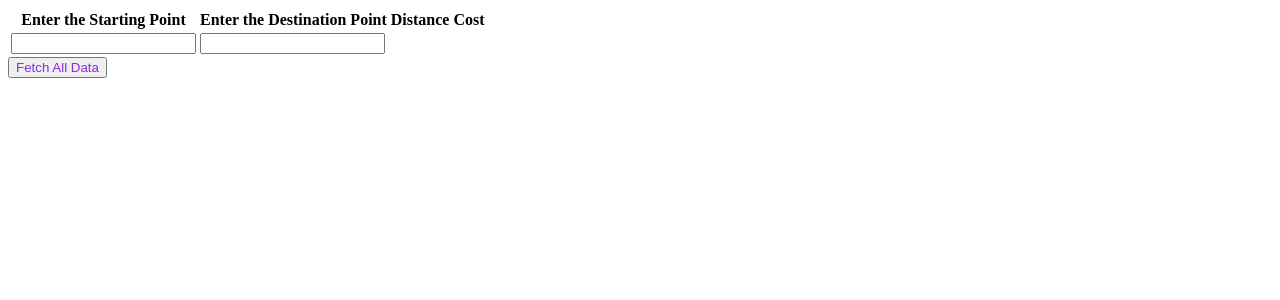
Repository: Gundeep-repos/407ETR_Assignment
Page: http://localhost/407ETR_Gundeep_Singh_assignment/
The author's editor kept a copy of each file at every save. The page is drawn from the files as they stood at one save, then again after the next save.
The browser window is 1280 px wide. The pictures show the whole page.
The page is served by Tomcat 9. Other server files are loaded and not shown.

Above is the page before, as saved 2021-07-03 23:56:56.

### 407ETR_Gundeep_Singh_assignment/WebContent/index.jsp
<%@ page language="java" contentType="text/html; charset=ISO-8859-1" pageEncoding="ISO-8859-1"%>
<!DOCTYPE html PUBLIC "-//W3C//DTD HTML 4.01 Transitional//EN" "http://www.w3.org/TR/html4/loose.dtd">
<html>
<head>
<meta http-equiv="Content-Type" content="text/html; charset=ISO-8859-1">
<title>Insert title here</title>
<script>


function go2(){

	var ans = "";

	var xhr = new XMLHttpRequest;


    // CORS Policy, should allow OPTIONS
    // AJAX uses OPTIONS instead of GET, POST which are enabled by default

    xhr.open("GET", "./ServiceClass", true);

    // xhr.setRequestHeader('Access-Control-Allow-Origin','*');
    // xhr.setRequestHeader('Access-Control-Allow-Methods', 'OPTIONS');
    // xhr.setRequestHeader('Access-Control-Allow-Credentials', 'true');

    //for response receiving
    xhr.onreadystatechange = function ()
    {

    	if(xhr.readyState == 4 && xhr.status == 200){
    		alert("Hello");
    		var res = xhr.responseText.trim();
                if (res == "success")
                {
                	alert(res);
                }else{
                	console.log("Fail");
                	alert("Fail");
                }
                console.log(res);
    	}
        //if (xhr.readyState === 4 && xhr.status == 200)
        //{
          //  var res = xhr.responseText.trim();
        //    if (res == "success")
           // {
         //       alert("category added successfuly.");
            //    document.getElementById("lb1").innerHTML = "Category Successfuly Added";
         //       document.getElementById("lb1").style.color = "green";
        //        document.getElementById("form1").reset();
          //      document.getElementById("im1").src = "";
      //      } else
    //        {
   //             document.getElementById("lb1").innerHTML = "Unsuccessful"
  //              document.getElementById("lb1").style.color = "red";
//
  //          }
//        } -->
    };





    	xhr.send("Sent dete");

}



</script>
</head>
<body>

<div style="center">
<table>
<tr>
<th>Enter the Starting Point</th>
<th>Enter the Destination Point</th>
<th>Distance</th>
<th>Cost</th>
</tr>
<tr>
<td><input type="text" id="startingPoint"/></td>
<td><input type="text" id="destinationPoint"/></td>
<td id = "distance"><td>
<td id = "cost"><td>
</tr>
</table>
</div>
<button style="color: blueviolet" onclick="go2()">Fetch All Data</button>
</body>
</html>

Loaded but not shown: 407ETR_Gundeep_Singh_assignment/WebContent/css/bootstrap.css (library); 407ETR_Gundeep_Singh_assignment/WebContent/jquery-1.12.2.min.js (library); 407ETR_Gundeep_Singh_assignment/WebContent/js/bootstrap.js (library)

After the next save:
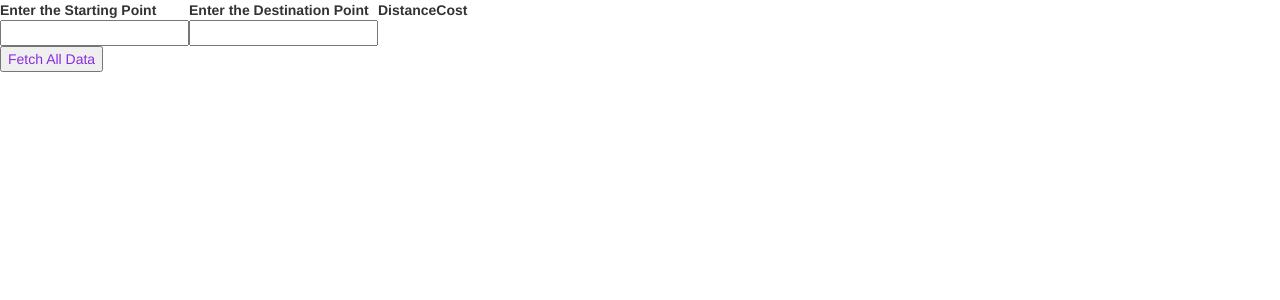
Saved 73 s later.
--- a/407ETR_Gundeep_Singh_assignment/WebContent/index.jsp
+++ b/407ETR_Gundeep_Singh_assignment/WebContent/index.jsp
@@ -2,6 +2,11 @@
 <!DOCTYPE html PUBLIC "-//W3C//DTD HTML 4.01 Transitional//EN" "http://www.w3.org/TR/html4/loose.dtd">
 <html>
 <head>
+
+		<link href="css/bootstrap.css" rel="stylesheet" type="text/css"/>
+        <script src="jquery-1.12.2.min.js" type="text/javascript"></script>
+        <script src="js/bootstrap.js" type="text/javascript"></script>
+
 <meta http-equiv="Content-Type" content="text/html; charset=ISO-8859-1">
 <title>Insert title here</title>
 <script>
